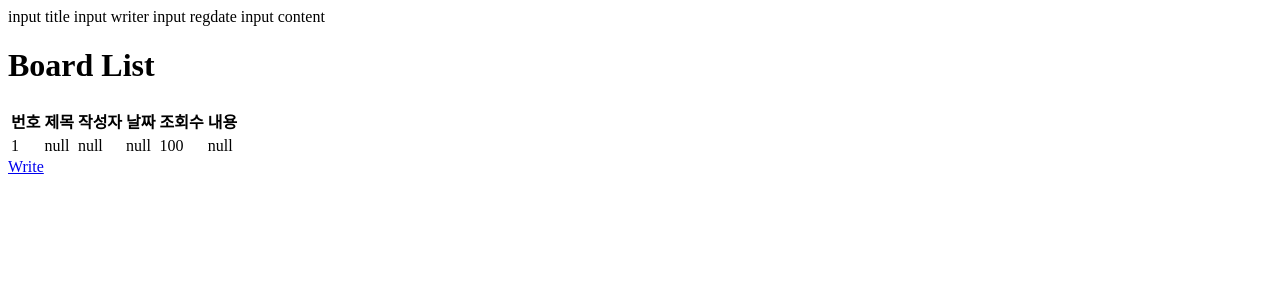
Repository: LEECHAEHEE/webProgramming
Page: http://localhost/board/
The author's editor kept a copy of each file at every save. The page is drawn from the files as they stood at one save, then again after the next save.
The browser window is 1280 px wide. The pictures show the whole page.
The page is served by Tomcat 9. Nobody is signed in. The application's start-up code is not run. Other server files are loaded and not shown. Queries for data that is not in the repository find no rows.

Above is the page before, as saved 2018-04-02 09:35:48.

### board/WebContent/index.jsp
<%@ page language="java" contentType="text/html; charset=EUC-KR" pageEncoding="EUC-KR" %>
<!DOCTYPE html>
<html>
<head>
<meta charset="EUC-KR">
<title>Board</title>
<%
	int idx = 1;
	String title = request.getParameter("title");
	String writer = request.getParameter("writer");
	String regdate = request.getParameter("regdate");
	String content = request.getParameter("content");
	int count = 100;

	if(title==null||title=="")
		out.println("input title");

	if(writer==null||writer=="")
		out.println("input writer");

	if(regdate==null||regdate=="")
		out.println("input regdate");

	if(content==null||content=="")
		out.println("input content");


%>
</head>
<body>
<h1>Board List</h1>
	<table>
		<tr>					<!-- table row -->
			<th>번호</th>		<!-- table header -->
			<th>제목</th>
			<th>작성자</th>
			<th>날짜</th>
			<th>조회수</th>
			<th>내용</th>
		</tr>
		<tr>
			<td><%=idx %></td>
			<td><%=title %></td>
			<td><%=writer %></td>
			<td><%=regdate %></td>
			<td><%=count %></td>
			<td><%=content %></td>
		</tr>
	</table>
	<a href="write.jsp">Write</a>
</body>
</html>

After the next save:
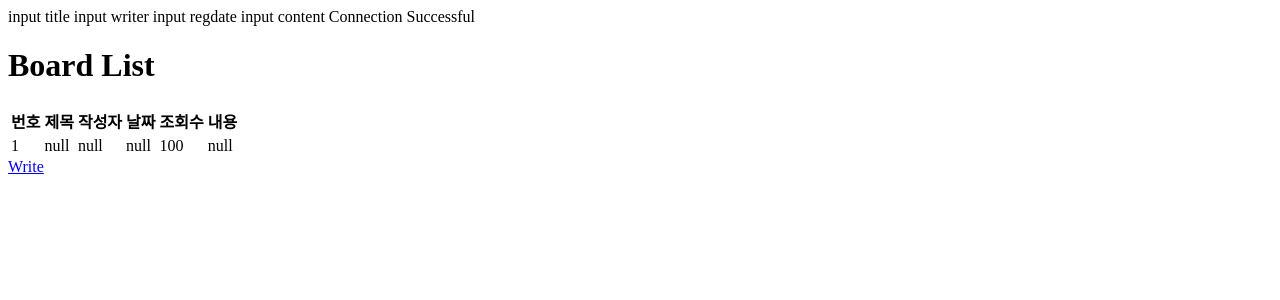
Saved 18 min 4 s later.
--- a/board/WebContent/index.jsp
+++ b/board/WebContent/index.jsp
@@ -1,4 +1,5 @@
 <%@ page language="java" contentType="text/html; charset=EUC-KR" pageEncoding="EUC-KR" %>
+<%@ page import="java.sql.*" %>
 <!DOCTYPE html>
 <html>
 <head>
@@ -24,7 +25,34 @@
 	if(content==null||content=="")
 		out.println("input content");
 
+	try{
+		String driverName = "oracle.jdbc.driver.OracleDriver";
+		String url = "jdbc:oracle:thin:@localhost:1521:XE";
 
+		ResultSet rs = null;
+		Class.forName(driverName);
+		Connection conn = DriverManager.getConnection(url);
+		out.println("Connection Successful");
+
+		Statement stmt = conn.createStatement();
+		String sql = "select * from board order by idx desc";
+		rs = stmt.executeQuery(sql);
+
+		while(rs.next()){
+			out.println("<tr>");
+			out.println("<td>" + rs.getString(1) + "</td>");
+			out.println("<td>" + rs.getString(2) + "</td>");
+			out.println("<td>" + rs.getString(3) + "</td>");
+			out.println("<td>" + rs.getString(4) + "</td>");
+			out.println("<td>" + rs.getString(5) + "</td>");
+			out.println("</tr>");
+		}
+		conn.close();
+	}catch(Exception e){
+		out.println("Connection Failed");
+		out.println(e.getMessage());
+		e.printStackTrace();
+	}
 %>
 </head>
 <body>
